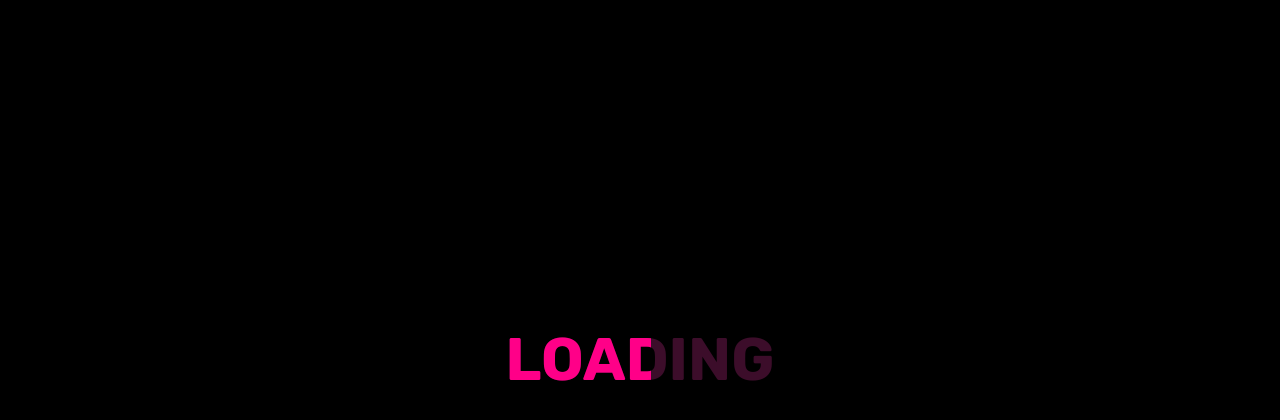
Repository: Shenixo/QuizApp
Page: /
An editor plug-in stored every save of this project. The page is shown before and after a run of saves, followed by the edit.
The browser window is 1280 px wide. The pictures show the whole page.
The page's requests for data from a server got no answer. The project was rebuilt for these pictures with package versions that can differ from the ones it lists, and the page was loaded fresh each time. No one was signed in, and anything a server would have sent is missing. Also part of the build but not shown: vite.config.js, src/App.css, src/Components/Navbar/Navbar.jsx, src/Components/Option/Option.jsx, src/Pages/Game/Game.jsx.

Above is the page before, as saved 2025-03-31 22:17:29.

After the next 3 saves:
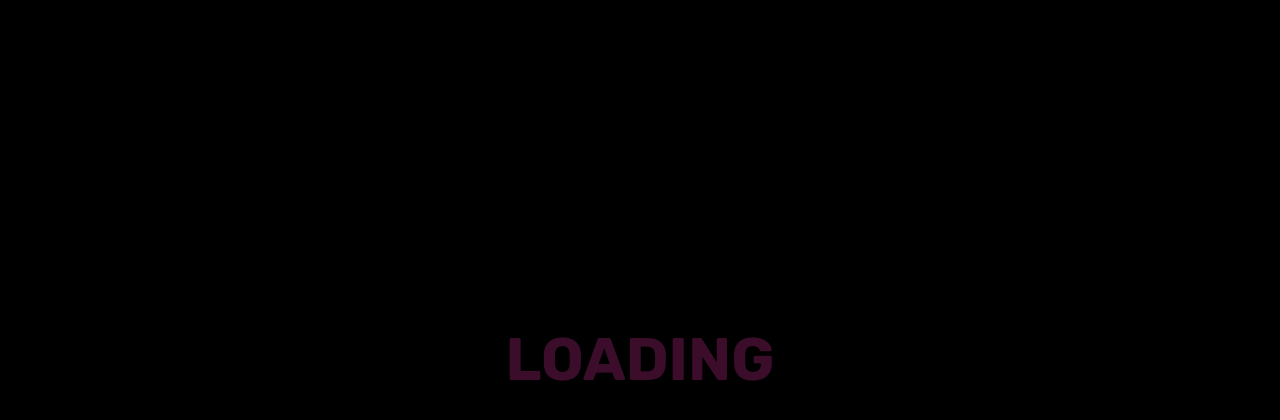
The 3 saves are shown as one change because 1 did not build or start and some came seconds apart.
The last was saved 9 s later.
--- a/src/Pages/Progress/Progress.jsx
+++ b/src/Pages/Progress/Progress.jsx
@@ -17,7 +17,7 @@
         {/* Masked Text */}
         <motion.h1
                   className="absolute inset-0 bg-gradient-to-r bg-[#ff0088] bg-clip-text text-transparent"
-                  initial={{}}
+                  initial={{width: 0}}
           style={{
             width: `${count}%`,
             whiteSpace: "nowrap",
